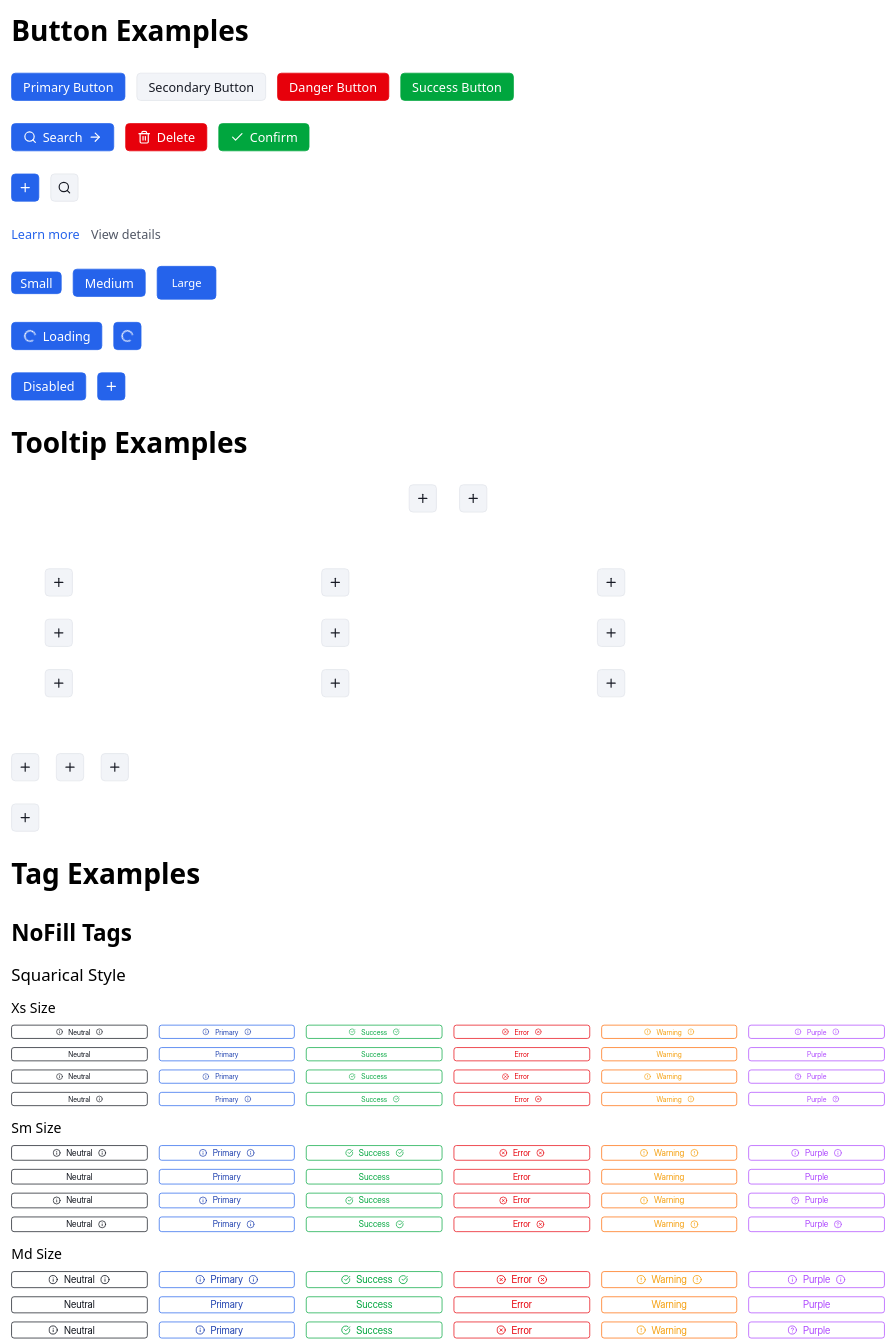
Repository: vinit-juspay/design-system
Page: /
These files come from the project's save history. The page is drawn as it stood at one moment and after the next save; the edit follows.
The browser window is 1280 px wide. The pictures show the part of the page from y = 0 to 1920 px (the page is 8320 px tall before and 4628 px after), at 70% of full size.
Some web fonts or font styles are not loaded; a fallback is used. The project was rebuilt for these pictures with package versions that can differ from the ones it lists, and the page was loaded fresh each time. Also part of the build but not shown: vite.config.ts, src/components/button/Button.utils.ts, src/components/button/Button.tsx.

Above is the page before, as saved 2025-04-05 19:20:35.

### index.html
<!doctype html>
<html lang="en">
  <head>
    <meta charset="UTF-8" />
    <meta name="viewport" content="width=device-width, initial-scale=1.0" />
    <link rel="preconnect" href="https://fonts.googleapis.com">
    <link rel="preconnect" href="https://fonts.gstatic.com" crossorigin>
    <link href="https://fonts.googleapis.com/css2?family=Inter+Display:wght@400;500;600;700&family=JetBrains+Mono:wght@400;500;600;700&display=swap" rel="stylesheet">
    <title>Juspay Design System</title>
  </head>
  <body>
    <div id="root"></div>
    <script type="module" src="/src/main.tsx"></script>
  </body>
</html>

### src/App.tsx
import { Search, Plus, ArrowRight, Trash2, Check, Info, AlertCircle, HelpCircle, CheckCircle, XCircle } from "lucide-react";
import { Tooltip } from "./index";
import { Button, Tag, SplitTag } from "../lib/main";

const App = () => {
  const variants = ['noFill', 'attentive', 'subtle'] as const;
  const styles = ['squarical', 'rounded'] as const;
  const sizes = ['xs', 'sm', 'md', 'lg'] as const;
  const colors = ['neutral', 'primary', 'success', 'error', 'warning', 'purple'] as const;

  const customIcons = {
    neutral: <Info />,
    primary: <Info />,
    success: <CheckCircle />,
    error: <XCircle />,
    warning: <AlertCircle />,
    purple: <HelpCircle />
  };

  return (
    <div className="p-4 space-y-8">
      <h2 className="text-2xl font-semibold">Button Examples</h2>
      <div className="flex gap-4">
        <Button buttonType="primary" size="md">Primary Button</Button>
        <Button buttonType="secondary" size="md">Secondary Button</Button>
        <Button buttonType="danger" size="md">Danger Button</Button>
        <Button buttonType="success" size="md">Success Button</Button>
      </div>

      <div className="flex gap-4">
        <Button
          buttonType="primary"
          size="md"
          leadingIcon={Search}
          trailingIcon={ArrowRight}
        >
          Search
        </Button>
        <Button
          buttonType="danger"
          size="md"
          leadingIcon={Trash2}
        >
          Delete
        </Button>
        <Button
          buttonType="success"
          size="md"
          leadingIcon={Check}
        >
          Confirm
        </Button>
      </div>

      <div className="flex gap-4">
        <Button
          buttonType="primary"
          size="md"
          subType="iconOnly"
          leadingIcon={Plus}
          aria-label="Add item"
        />
        <Button
          buttonType="secondary"
          size="md"
          subType="iconOnly"
          leadingIcon={Search}
          aria-label="Search"
        />
      </div>

      <div className="flex gap-4">
        <Button
          buttonType="primary"
          size="md"
          subType="link"
        >
          Learn more
        </Button>
        <Button
          buttonType="secondary"
          size="md"
          subType="link"
        >
          View details
        </Button>
      </div>

      <div className="flex gap-4 items-center">
        <Button buttonType="primary" size="sm">Small</Button>
        <Button buttonType="primary" size="md">Medium</Button>
        <Button buttonType="primary" size="lg">Large</Button>
      </div>

      <div className="flex gap-4">
        <Button buttonType="primary" size="md" isLoading>
          Loading
        </Button>
        <Button
          buttonType="primary"
          size="md"
          subType="iconOnly"
          isLoading
          aria-label="Loading"
        />
      </div>

      <div className="flex gap-4">
        <Button buttonType="primary" size="md" isDisabled>
          Disabled
        </Button>
        <Button
          buttonType="primary"
          size="md"
          subType="iconOnly"
          isDisabled
          leadingIcon={Plus}
          aria-label="Add item"
        />
      </div>

      {/* Tooltip Examples */}
      <h2 className="text-2xl font-semibold mt-8">Tooltip Examples</h2>

      {/* Basic tooltips */}
      <div className="flex gap-8 items-center justify-center">
        <Tooltip content="Small tooltip" size="sm">
          <Button
            buttonType="secondary"
            size="md"
            subType="iconOnly"
            leadingIcon={Plus}
            aria-label="Add item"
          />
        </Tooltip>

        <Tooltip content="Large tooltip with more text" size="lg">
          <Button
            buttonType="secondary"
            size="md"
            subType="iconOnly"
            leadingIcon={Plus}
            aria-label="Add item"
          />
        </Tooltip>
      </div>

      {/* Different arrow positions */}
      <div className="grid grid-cols-3 gap-8 p-12">
        <Tooltip content="Default (top center)" arrow="default">
          <Button
            buttonType="secondary"
            size="md"
            subType="iconOnly"
            leadingIcon={Plus}
            aria-label="Add item"
          />
        </Tooltip>

        <Tooltip content="Top left" arrow="topLeft">
          <Button
            buttonType="secondary"
            size="md"
            subType="iconOnly"
            leadingIcon={Plus}
            aria-label="Add item"
          />
        </Tooltip>

        <Tooltip content="Top right" arrow="topRight">
          <Button
            buttonType="secondary"
            size="md"
            subType="iconOnly"
            leadingIcon={Plus}
            aria-label="Add item"
          />
        </Tooltip>

        <Tooltip content="Left" arrow="left">
          <Button
            buttonType="secondary"
            size="md"
            subType="iconOnly"
            leadingIcon={Plus}
            aria-label="Add item"
          />
        </Tooltip>

        <Tooltip content="No arrow" arrow="none">
          <Button
            buttonType="secondary"
            size="md"
            subType="iconOnly"
            leadingIcon={Plus}
            aria-label="Add item"
          />
        </Tooltip>

        <Tooltip content="Right" arrow="right">
          <Button
            buttonType="secondary"
            size="md"
            subType="iconOnly"
            leadingIcon={Plus}
            aria-label="Add item"
          />
        </Tooltip>

        <Tooltip content="Bottom left" arrow="bottomLeft">
          <Button
            buttonType="secondary"
            size="md"
            subType="iconOnly"
            leadingIcon={Plus}
            aria-label="Add item"
          />
        </Tooltip>

        <Tooltip content="Bottom center" arrow="bottomCenter">
          <Button
            buttonType="secondary"
            size="md"
            subType="iconOnly"
            leadingIcon={Plus}
            aria-label="Add item"
          />
        </Tooltip>

        <Tooltip content="Bottom right" arrow="bottomRight">
          <Button
            buttonType="secondary"
            size="md"
            subType="iconOnly"
            leadingIcon={Plus}
            aria-label="Add item"
          />
        </Tooltip>
      </div>

      {/* Tooltips with icons */}
      <div className="flex gap-6 items-center">
        <Tooltip
          content="Information tooltip"
          hasSlot
          slot={Info}
          slotDirection="left"
        >
          <Button
            buttonType="secondary"
            size="md"
            subType="iconOnly"
            leadingIcon={Plus}
            aria-label="Add item"
          />
        </Tooltip>

        <Tooltip
          content="Warning message"
          hasSlot
          slot={AlertCircle}
          slotDirection="left"
        >
          <Button
            buttonType="secondary"
            size="md"
            subType="iconOnly"
            leadingIcon={Plus}
            aria-label="Add item"
          />
        </Tooltip>

        <Tooltip
          content="Help is available"
          hasSlot
          slot={HelpCircle}
          slotDirection="right"
        >
          <Button
            buttonType="secondary"
            size="md"
            subType="iconOnly"
            leadingIcon={Plus}
            aria-label="Add item"
          />
        </Tooltip>
      </div>

      {/* Tooltip with custom provider props */}
      <div className="flex gap-4 items-center">
        <Tooltip
          content="Delayed tooltip (1000ms)"
          providerProps={{ delayDuration: 1000 }}
        >
          <Button
            buttonType="secondary"
            size="md"
            subType="iconOnly"
            leadingIcon={Plus}
            aria-label="Add item"
          />
        </Tooltip>
      </div>

      <h2 className="text-2xl font-semibold mt-8">Tag Examples</h2>

      {/* Comprehensive Tag Examples */}
      {variants.map(variant => (
        <div key={variant} className="mt-6">
          <h3 className="text-xl font-semibold capitalize mb-4">{variant} Tags</h3>

          {styles.map(style => (
            <div key={style} className="mb-6">
              <h4 className="text-lg font-medium capitalize mb-3">{style} Style</h4>

              {sizes.map(size => (
                <div key={size} className="mb-4">
                  <h5 className="text-md font-medium capitalize mb-2">{size} Size</h5>

                  <div className="grid grid-cols-6 gap-4 mb-3">
                    {colors.map(color => (
                      <Tag
                        key={color}
                        variant={variant}
                        tagStyle={style}
                        size={size}
                        color={color}
                        label={color.charAt(0).toUpperCase() + color.slice(1)}
                      />
                    ))}
                  </div>

                  <div className="grid grid-cols-6 gap-4 mb-3">
                    {colors.map(color => (
                      <Tag
                        key={color}
                        variant={variant}
                        tagStyle={style}
                        size={size}
                        color={color}
                        label={color.charAt(0).toUpperCase() + color.slice(1)}
                        leadingSlot={null}
                        trailingSlot={null}
                      />
                    ))}
                  </div>

                  <div className="grid grid-cols-6 gap-4 mb-3">
                    {colors.map(color => (
                      <Tag
                        key={color}
                        variant={variant}
                        tagStyle={style}
                        size={size}
                        color={color}
                        label={color.charAt(0).toUpperCase() + color.slice(1)}
                        leadingSlot={customIcons[color]}
                        trailingSlot={null}
                      />
                    ))}
                  </div>

                  <div className="grid grid-cols-6 gap-4 mb-3">
                    {colors.map(color => (
                      <Tag
                        key={color}
                        variant={variant}
                        tagStyle={style}
                        size={size}
                        color={color}
                        label={color.charAt(0).toUpperCase() + color.slice(1)}
                        leadingSlot={null}
                        trailingSlot={customIcons[color]}
                      />
                    ))}
                  </div>
                </div>
              ))}
            </div>
          ))}
        </div>
      ))}

      {/* Split Tags */}
      <div className="mt-6">
        <h3 className="text-xl font-semibold mb-4">Split Tags</h3>

        {styles.map(style => (
          <div key={style} className="mb-6">
            <h4 className="text-lg font-medium capitalize mb-3">{style} Style</h4>

            {sizes.map(size => (
              <div key={size} className="mb-4">
                <h5 className="text-md font-medium capitalize mb-2">{size} Size</h5>

                <div className="grid grid-cols-6 gap-4 mb-3">
                  {colors.map(color => (
                    <SplitTag
                      key={color}
                      tagStyle={style}
                      size={size}
                      color={color}
                      leftLabel="Left"
                      rightLabel="Right"
                    />
                  ))}
                </div>

                <div className="grid grid-cols-6 gap-4 mb-3">
                  {colors.map(color => (
                    <SplitTag
                      key={color}
                      tagStyle={style}
                      size={size}
                      color={color}
                      leftLabel="Left"
                      rightLabel="Right"
                      leftSlot={null}
                      rightSlot={null}
                    />
                  ))}
                </div>

                <div className="grid grid-cols-6 gap-4 mb-3">
                  {colors.map(color => (
                    <SplitTag
                      key={color}
                      tagStyle={style}
                      size={size}
                      color={color}
                      leftLabel="Left"
                      rightLabel="Right"
                      leftSlot={customIcons[color]}
                      rightSlot={null}
                    />
                  ))}
                </div>

                <div className="grid grid-cols-6 gap-4 mb-3">
                  {colors.map(color => (
                    <SplitTag
                      key={color}
                      tagStyle={style}
                      size={size}
                      color={color}
                      leftLabel="Left"
                      rightLabel="Right"
                      leftSlot={null}
                      rightSlot={customIcons[color]}
                    />
                  ))}
                </div>

                <div className="grid grid-cols-6 gap-4 mb-3">
                  {colors.map(color => (
                    <SplitTag
                      key={color}
                      tagStyle={style}
                      size={size}
                      color={color}
                      leftLabel="Left"
                      rightLabel="Right"
                      leftSlot={customIcons[color]}
                      rightSlot={<ArrowRight />}
                    />
                  ))}
                </div>
              </div>
            ))}
          </div>
        ))}
      </div>
    </div>
  );
};

export default App;

### src/index.ts
import './index.css';

export type { ButtonProps, ButtonType, ButtonSize } from './components/button/Button.types';
export { default as Button } from './components/button/Button';

export type { TooltipProps, TooltipSize, TooltipArrow, SlotDirection } from './components/tooltip/Tooltip.types';
export { default as Tooltip } from './components/tooltip/Tooltip';

### lib/main.ts
import '../src/index.css';

export { default as Button } from './components/Button/Button';
export { default as Tag, SplitTag } from './components/Tags/Tags';

### lib/components/Button/Button.tsx
import * as React from 'react';
import { Loader2 } from 'lucide-react';
import { ButtonProps } from './types';
import { cn } from '../../utils';
import { getButtonClassNames, getIconClassNames, getTextClassNames } from './utils';

const Button = React.forwardRef<HTMLButtonElement, ButtonProps>(
  ({
    buttonType = 'primary',
    size = 'md',
    subType = 'default',
    text,
    leadingIcon: LeadingIcon,
    trailingIcon: TrailingIcon,
    isLoading = false,
    isDisabled = false,
    className,
    children,
    ...props
  }, ref) => {
    const baseClassNames = getButtonClassNames(buttonType, size, subType);
    const iconClassNames = getIconClassNames(size, isLoading);
    const textClassNames = getTextClassNames(size);

    return (
      <button
        ref={ref}
        disabled={isDisabled || isLoading}
        className={cn(baseClassNames, className)}
        {...props}
      >
        {isLoading && (
          <Loader2 className={iconClassNames} />
        )}
        {!isLoading && LeadingIcon && (
          <LeadingIcon className={iconClassNames} />
        )}
        {(text || children) && (
          <span className={textClassNames}>{text || children}</span>
        )}
        {!isLoading && TrailingIcon && (
          <TrailingIcon className={iconClassNames} />
        )}
      </button>
    );
  }
);

Button.displayName = 'Button';

export default Button;

Loaded but not shown: src/main.tsx (common file); src/index.css (common file); src/lib/utils.ts (common file); lib/utils/index.ts (common file); tailwind.config.js (318 lines, source omitted); src/themeConfig.ts (278 lines, source omitted); lib/themeConfig.ts (134 lines, source omitted); lib/components/Tags/Tags.tsx (119 lines, source omitted); src/components/tooltip/Tooltip.utils.ts (112 lines, source omitted); src/components/tooltip/Tooltip.tsx (76 lines, source omitted); lib/components/Button/utils.ts (80 lines, source omitted); lib/components/Tags/utils.ts (69 lines, source omitted)

After the next save:
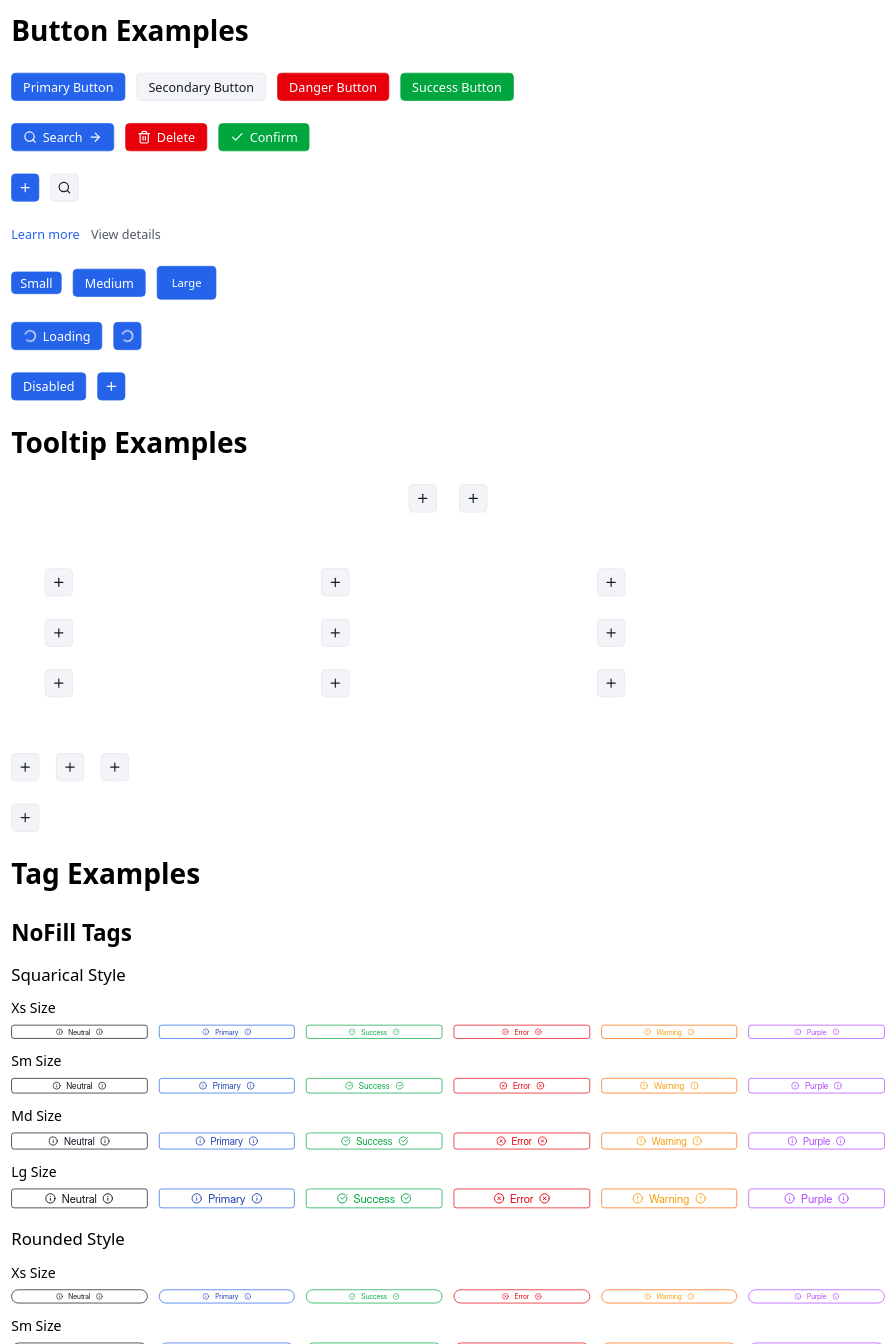
Saved 68 s later.
--- a/src/App.tsx
+++ b/src/App.tsx
@@ -304,7 +304,7 @@ const App = () => {
 
       <h2 className="text-2xl font-semibold mt-8">Tag Examples</h2>
 
-      {/* Comprehensive Tag Examples */}
+      {/* Comprehensive Tag Examples - with default icons on both sides */}
       {variants.map(variant => (
         <div key={variant} className="mt-6">
           <h3 className="text-xl font-semibold capitalize mb-4">{variant} Tags</h3>
@@ -329,51 +329,6 @@ const App = () => {
                       />
                     ))}
                   </div>
-
-                  <div className="grid grid-cols-6 gap-4 mb-3">
-                    {colors.map(color => (
-                      <Tag
-                        key={color}
-                        variant={variant}
-                        tagStyle={style}
-                        size={size}
-                        color={color}
-                        label={color.charAt(0).toUpperCase() + color.slice(1)}
-                        leadingSlot={null}
-                        trailingSlot={null}
-                      />
-                    ))}
-                  </div>
-
-                  <div className="grid grid-cols-6 gap-4 mb-3">
-                    {colors.map(color => (
-                      <Tag
-                        key={color}
-                        variant={variant}
-                        tagStyle={style}
-                        size={size}
-                        color={color}
-                        label={color.charAt(0).toUpperCase() + color.slice(1)}
-                        leadingSlot={customIcons[color]}
-                        trailingSlot={null}
-                      />
-                    ))}
-                  </div>
-
-                  <div className="grid grid-cols-6 gap-4 mb-3">
-                    {colors.map(color => (
-                      <Tag
-                        key={color}
-                        variant={variant}
-                        tagStyle={style}
-                        size={size}
-                        color={color}
-                        label={color.charAt(0).toUpperCase() + color.slice(1)}
-                        leadingSlot={null}
-                        trailingSlot={customIcons[color]}
-                      />
-                    ))}
-                  </div>
                 </div>
               ))}
             </div>
@@ -381,7 +336,7 @@ const App = () => {
         </div>
       ))}
 
-      {/* Split Tags */}
+      {/* Split Tags - with default icons on both sides */}
       <div className="mt-6">
         <h3 className="text-xl font-semibold mb-4">Split Tags</h3>
 
@@ -405,66 +360,6 @@ const App = () => {
                     />
                   ))}
                 </div>
-
-                <div className="grid grid-cols-6 gap-4 mb-3">
-                  {colors.map(color => (
-                    <SplitTag
-                      key={color}
-                      tagStyle={style}
-                      size={size}
-                      color={color}
-                      leftLabel="Left"
-                      rightLabel="Right"
-                      leftSlot={null}
-                      rightSlot={null}
-                    />
-                  ))}
-                </div>
-
-                <div className="grid grid-cols-6 gap-4 mb-3">
-                  {colors.map(color => (
-                    <SplitTag
-                      key={color}
-                      tagStyle={style}
-                      size={size}
-                      color={color}
-                      leftLabel="Left"
-                      rightLabel="Right"
-                      leftSlot={customIcons[color]}
-                      rightSlot={null}
-                    />
-                  ))}
-                </div>
-
-                <div className="grid grid-cols-6 gap-4 mb-3">
-                  {colors.map(color => (
-                    <SplitTag
-                      key={color}
-                      tagStyle={style}
-                      size={size}
-                      color={color}
-                      leftLabel="Left"
-                      rightLabel="Right"
-                      leftSlot={null}
-                      rightSlot={customIcons[color]}
-                    />
-                  ))}
-                </div>
-
-                <div className="grid grid-cols-6 gap-4 mb-3">
-                  {colors.map(color => (
-                    <SplitTag
-                      key={color}
-                      tagStyle={style}
-                      size={size}
-                      color={color}
-                      leftLabel="Left"
-                      rightLabel="Right"
-                      leftSlot={customIcons[color]}
-                      rightSlot={<ArrowRight />}
-                    />
-                  ))}
-                </div>
               </div>
             ))}
           </div>
